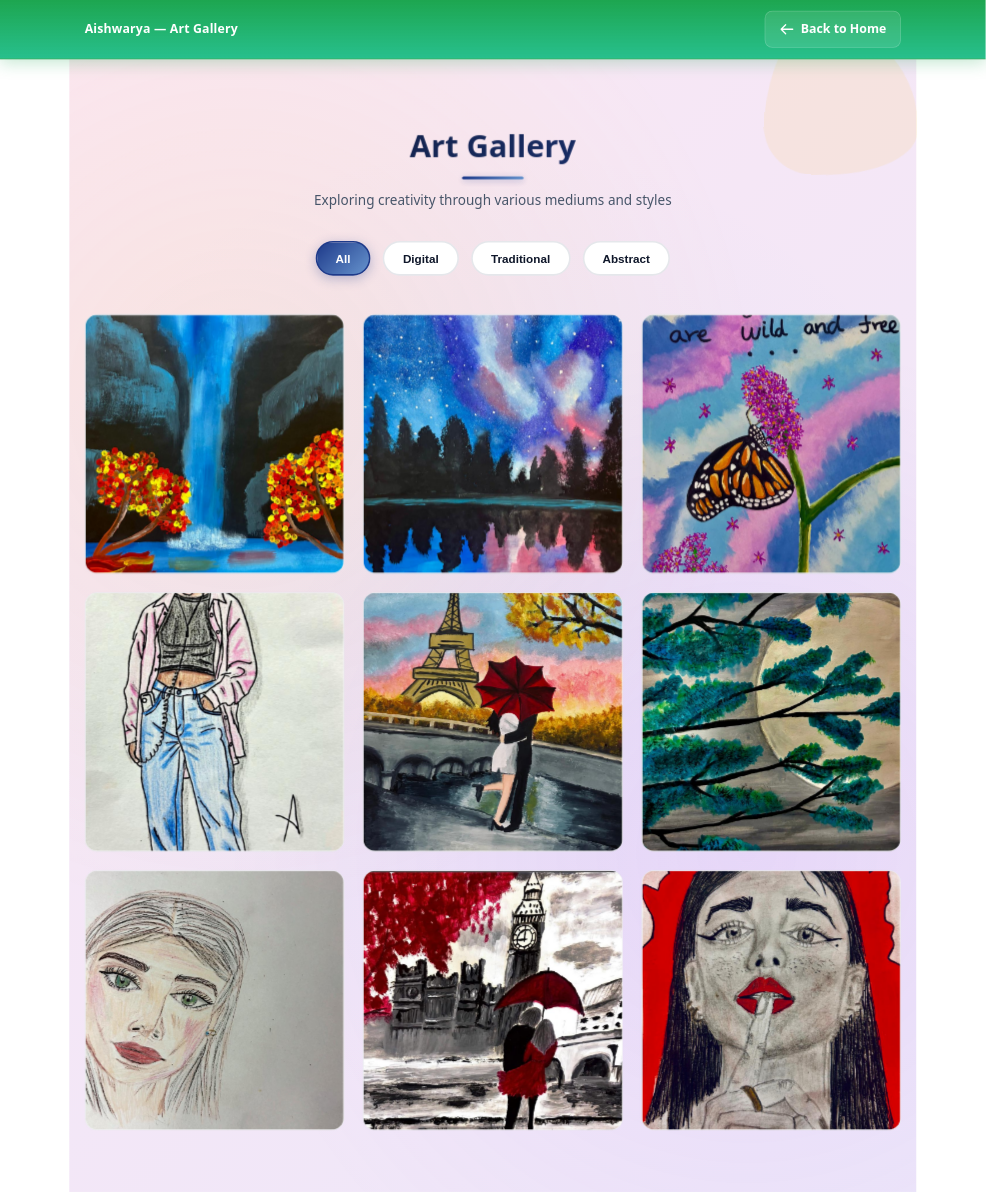
Repository: aishwarya-41/personal_portfolio
Page: /art
The author's editor kept a copy of each file at every save. The page is drawn from the files as they stood at one save, then again after the next save.
The browser window is 1280 px wide. The pictures show the whole page, at 77% of full size.
The project was rebuilt for these pictures with package versions that can differ from the ones it lists, and the page was loaded fresh each time. Also part of the build but not shown: vite.config.js, src/components/Header.jsx, src/components/Hero.jsx, src/components/About.jsx, src/components/Education.jsx, src/components/Projects.jsx, src/components/Skills.jsx, src/components/Certifications.jsx and 6 more.

Above is the page before, as saved 2025-11-01 12:05:37.

After the next save:
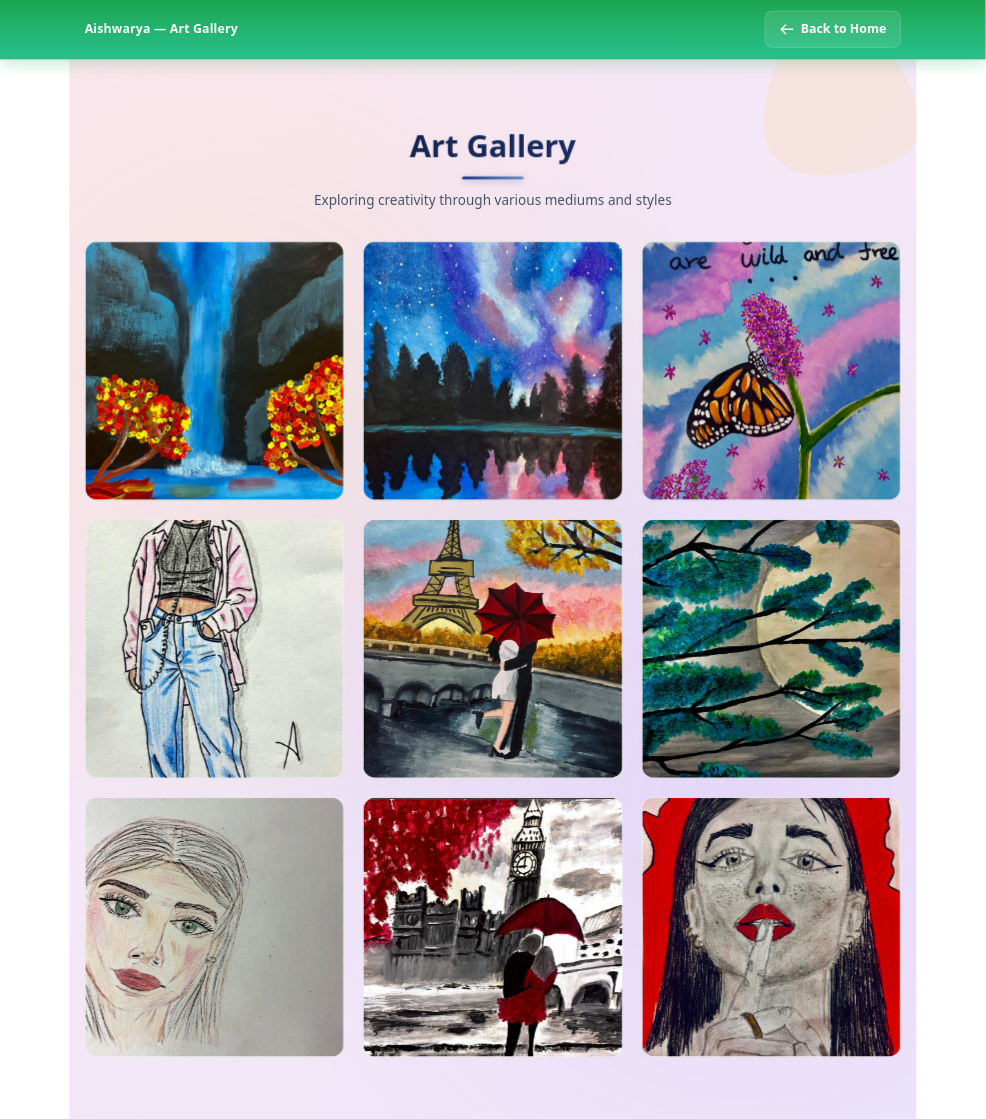
Saved 21 s later.
--- a/src/components/ArtGallery.jsx
+++ b/src/components/ArtGallery.jsx
@@ -114,20 +114,7 @@ export default function ArtGallery() {
           Exploring creativity through various mediums and styles
         </p>
 
-        {/* Category Filter */}
-        <div className="gallery-filters fade-in-up fade-in-up-delay-2">
-          {categories.map((category) => (
-            <button
-              key={category}
-              className={`filter-btn ${
-                selectedCategory === category ? 'active' : ''
-              }`}
-              onClick={() => setSelectedCategory(category)}
-            >
-              {category.charAt(0).toUpperCase() + category.slice(1)}
-            </button>
-          ))}
-        </div>
+
 
         {/* Art Grid */}
         <div className="art-grid fade-in-up fade-in-up-delay-3">
